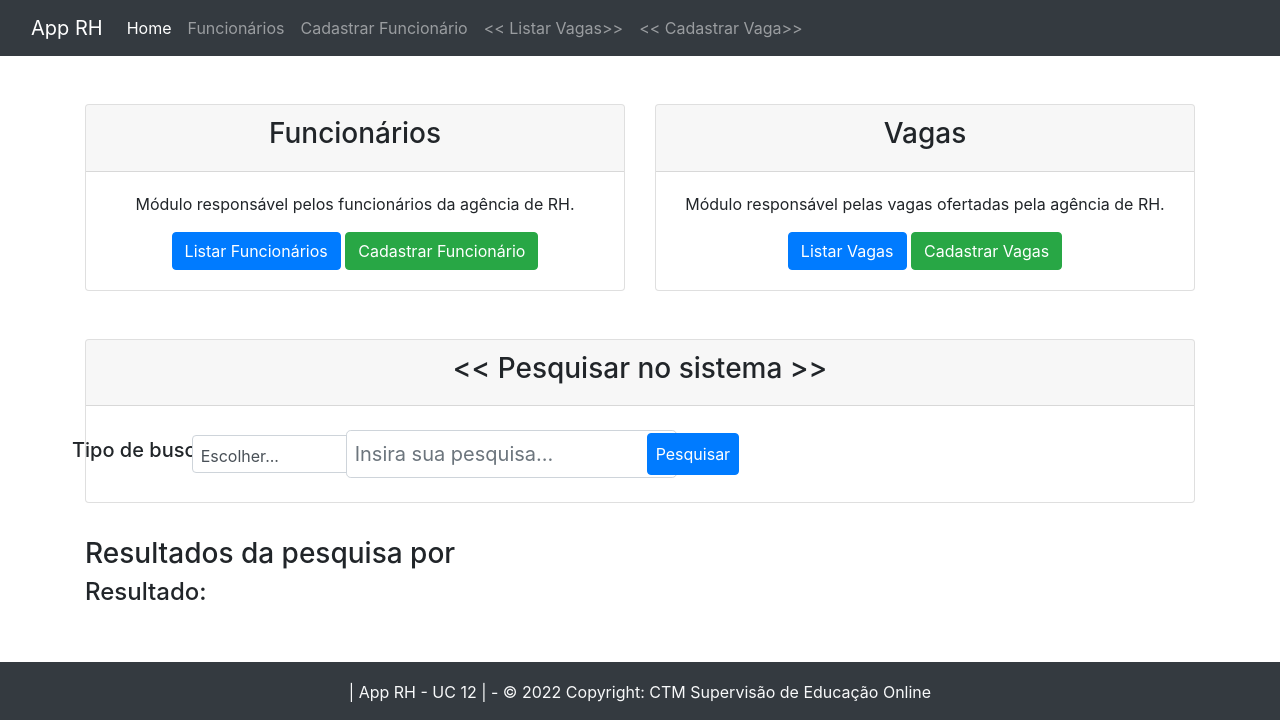
Repository: FilosoDev/SPRING-BOOT-testes
Page: http://localhost/index
These files come from the project's save history. The page is drawn as it stood at one moment and after the next save; the edit follows.
The browser window is 1280 px wide. The pictures show the whole page.
The page is this project's Thymeleaf template; nobody is signed in. The template is opened directly, without the code that normally fills it, so the values that code supplies are empty.

Above is the page before, as saved 2021-11-23 17:57:07.
Console error: TypeError: Cannot read properties of undefined (reading 'fn')

### AppRH/AppRH/src/main/resources/templates/index.html
<!DOCTYPE html>
<html lang=”pt-br” xmlns:th="http://thymeleaf.org"
	xmlns:layout="http://www.ultraq.net.nz/thymeleaf/layout">

<head>

<meta charset="utf-8">
<meta http-equiv="X-UA-Compatible" content="IE=edge">
<meta name="viewport" content="width=device-width, initial-scale=1">

<title>| App RH - UC 12 |</title>

<!-- Bootstrap -->
<link href="bootstrap/css/bootstrap.min.css" rel="stylesheet">

<!-- HTML5 shim e Respond.js para suporte no IE8 de elementos HTML5 e media queries -->
<!-- ALERTA: Respond.js não funciona se você visualizar uma página file:// -->
<!--[if lt IE 9]>
      <script src="https://oss.maxcdn.com/html5shiv/3.7.3/html5shiv.min.js"></script>
      <script src="https://oss.maxcdn.com/respond/1.4.2/respond.min.js"></script>
    <![endif]-->

</head>

<body>

	<header>

		<nav class="navbar navbar-expand-lg navbar-dark bg-dark">
			<div class="container-fluid">
				<a class="navbar-brand" href="/">App RH</a>
				<button class="navbar-toggler" type="button"
					data-bs-toggle="collapse" data-bs-target="#navbarNav"
					aria-controls="navbarNav" aria-expanded="false"
					aria-label="Toggle navigation">
					<span class="navbar-toggler-icon"></span>
				</button>
				<div class="collapse navbar-collapse" id="navbarNav">
					<ul class="navbar-nav">
						<li class="nav-item"><a class="nav-link active"
							aria-current="page" href="/">Home</a></li>
						<li class="nav-item"><a class="nav-link" href="/funcionarios">Funcionários</a></li>
						<li class="nav-item"><a class="nav-link"
							href="/cadastrarFuncionario">Cadastrar Funcionário</a></li>
						<li class="nav-item"><a class="nav-link" href="/vagas">
								<< Listar Vagas>> </a></li>
						<li class="nav-item"><a class="nav-link"
							href="/cadastrarVaga"> << Cadastrar Vaga>> </a></li>
					</ul>
				</div>
			</div>
		</nav>

	</header>

	<div class="container">
		<br> <br>

		<div class="row">
			<div class="col">
				<div class="card text-center">
					<div class="card-header card-title">
						<h3>Funcionários</h3>
					</div>
					<div class="card-body">

						<p class="card-text">Módulo responsável pelos funcionários da
							agência de RH.</p>
						<a href="/funcionarios" class="btn btn-primary">Listar
							Funcionários</a> <a href="/cadastrarFuncionario"
							class="btn btn-success">Cadastrar Funcionário</a>
					</div>
				</div>
			</div>
			<div class="col">
				<div class="card text-center">
					<div class="card-header  card-title">
						<h3>Vagas</h3>
					</div>
					<div class="card-body">
						<p class="card-text">Módulo responsável pelas vagas ofertadas
							pela agência de RH.</p>
						<a href="/vagas" class="btn btn-primary">Listar Vagas</a> <a
							href="/cadastrarVaga" class="btn btn-success">Cadastrar Vagas</a>
					</div>
				</div>
			</div>


		</div>
		<div class="row">
			<div class="col">
				<br> <br>
				<div class="card text-center card w-100">
					<div class="card-header">
						<h3><< Pesquisar no sistema >></h3>
					</div>



					<form class="form-inline" method="post">


						<div class="row form-group justify-content-center p-2">


							<div class="row">

								<label for="cars" class="my-3 p-2"><h5>Tipo de
										busca:</h5></label>
							</div>

							<div class="row">


								<select name="busca" id="busca" class="custom-select my-3 p-2">
									<option selected>Escolher...</option>
									<option value="nomefuncionario">Nome do Funcionário</option>
									<option value="nomedependente">Nome do Dependente</option>
									<option value="nomecandidato">Nome do Candidato</option>
									<option value="titulovaga">Nome da Vaga</option>
								</select>


						</div>

							<div class="row">

								<input
									class="form-control form-control-lg my-3 p-2"
									type="search" placeholder="Insira sua pesquisa..."
									aria-label="Pesquisar" name="nome">

							</div>

							<div class="row">

								<button class="btn btn-primary my-3 p-2" type="submit">Pesquisar</button>

							</div>
						</div>

					</form>
				</div>
			</div>
			<br>
			<div class="container">
				<h3>
				<br>
					Resultados da pesquisa por <i> <span th:text="${busca}"></span>
					</i>
				</h3>
				<h4>
					Resultado: <span th:text="${contador}"></span>
				</h4>

				<div th:each="lstdependente : ${lista}">
					<span th:text="${lstdependente.nome}"></span> <br>

				</div>


				<div th:each="funcionario : ${funcionario}">
					<div class="row">
						<p>
							<span th:text="${funcionario.id}"></span>
						</p>
						<p>
							<span th:text="${funcionario.nome}"></span>
						</p>
						<p>
							<span th:text="${funcionario.data}"></span>
						</p>
						<p>
							<span th:text="${funcionario.email}"></span>
						</p>
					</div>
				</div>

				<div th:each="dependente : ${dependentes}">
					<span th:text="${dependente.cpf}"></span> <span
						th:text="${dependente.nome}"></span> <span
						th:text="${dependente.datanascimento}"></span> <br>
				</div>



			</div>



		</div>





		<div style="height: 100px;"></div>

		<div class="footer-copyright fixed-bottom bg-dark text-center py-3">
			<span class="text-light align-middle">| App RH - UC 12 | - ©
				2022 Copyright: CTM Supervisão de Educação Online</span>
		</div>

		<!--JavaScript bootstrap-->
		<script type="text/javascript" src="bootstrap/js/bootstrap.js"></script>
		<script
			src="https://cdn.jsdelivr.net/npm/bootstrap@5.1.3/dist/js/bootstrap.bundle.min.js"
			integrity="sha384-ka7Sk0Gln4gmtz2MlQnikT1wXgYsOg+OMhuP+IlRH9sENBO0LRn5q+8nbTov4+1p"
			crossorigin="anonymous">
	</script>
</body>

</html>

Loaded but not shown: AppRH/AppRH/src/main/resources/static/bootstrap/css/bootstrap.min.css (library); AppRH/AppRH/src/main/resources/static/bootstrap/js/bootstrap.js (library)

After the next save:
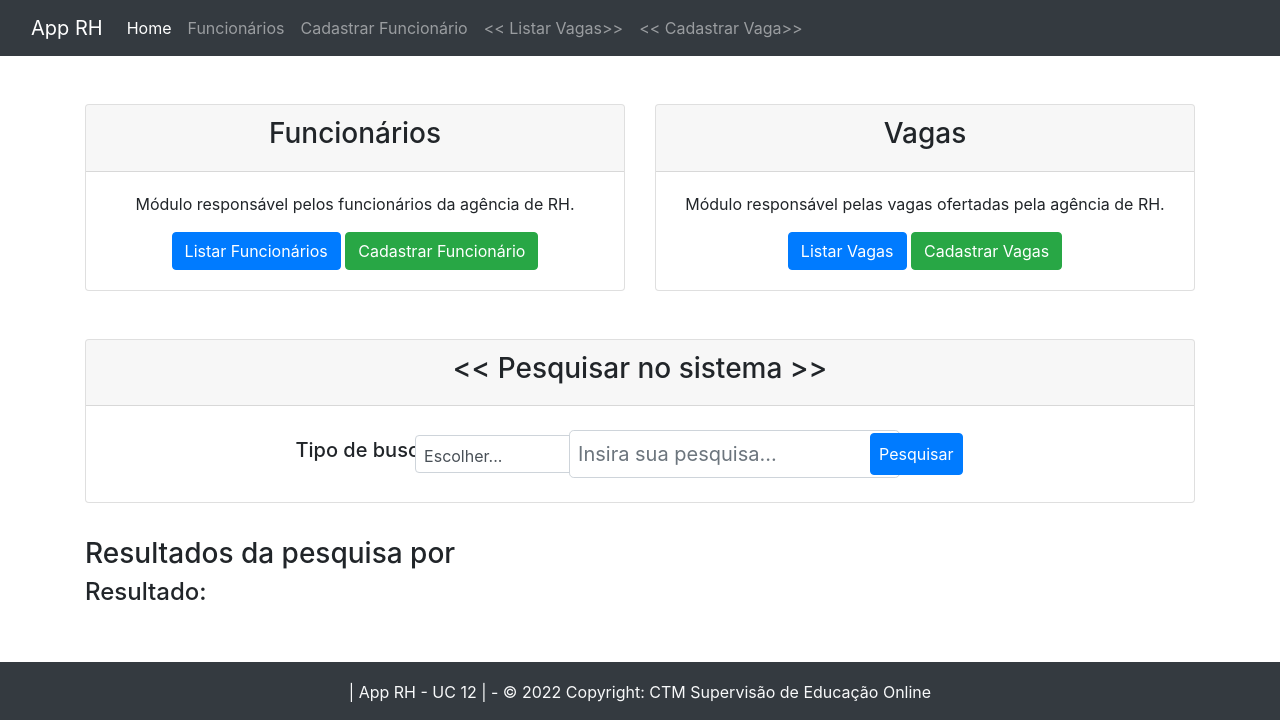
Saved 6 s later.
--- a/AppRH/AppRH/src/main/resources/templates/index.html
+++ b/AppRH/AppRH/src/main/resources/templates/index.html
@@ -101,7 +101,7 @@
 					<form class="form-inline" method="post">
 
 
-						<div class="row form-group justify-content-center p-2">
+						<div class="row form-group justify-content-center w-100 p-2">
 
 
 							<div class="row">
